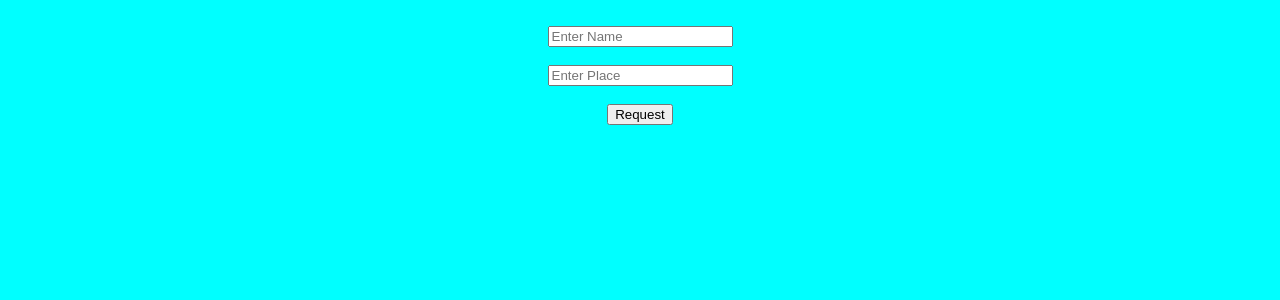
Repository: loganathanofficial/before-17-11-2025
Page: sevlet_class/form/src/main/webapp/form.html
An editor plug-in stored every save of this project. The page is shown before and after the next save, followed by the edit.
The browser window is 1280 px wide. The pictures show the whole page.

Above is the page before, as saved 2025-02-21 02:06:18.

### sevlet_class/form/src/main/webapp/form.html
<!DOCTYPE html>
<html>
<head>
<meta charset="UTF-8">
<title>my  form </title>
</head>
<body bgcolor="cyan">
	<center>
	<form action="fs"><br>
		<input type="text" name="nm" placeholder="Enter Name"><br><br>
		<input type="text" name="pl" placeholder="Enter Place"><br><br>

		<button type="submit" value="Request">Request</button>


	</form>
	</center>
</body>
</html>

After the next save:
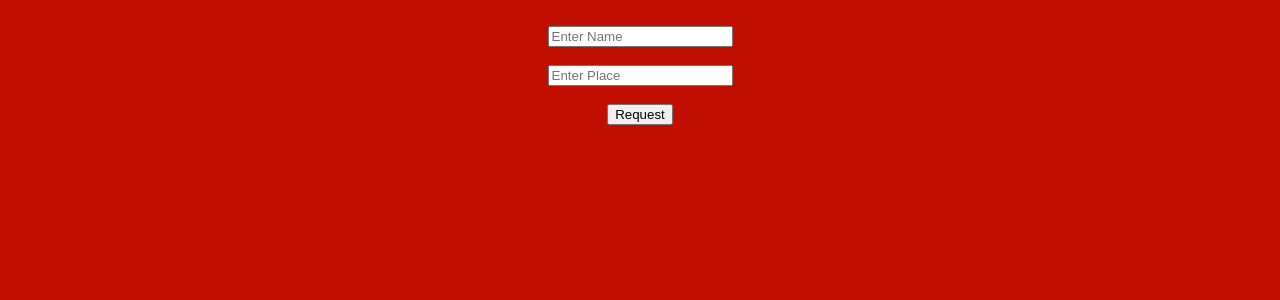
Saved 9 s later.
--- a/sevlet_class/form/src/main/webapp/form.html
+++ b/sevlet_class/form/src/main/webapp/form.html
@@ -4,7 +4,7 @@
 <meta charset="UTF-8">
 <title>my  form </title>
 </head>
-<body bgcolor="cyan">
+<body bgcolor="cyne">
 	<center>
 	<form action="fs"><br>
 		<input type="text" name="nm" placeholder="Enter Name"><br><br>
